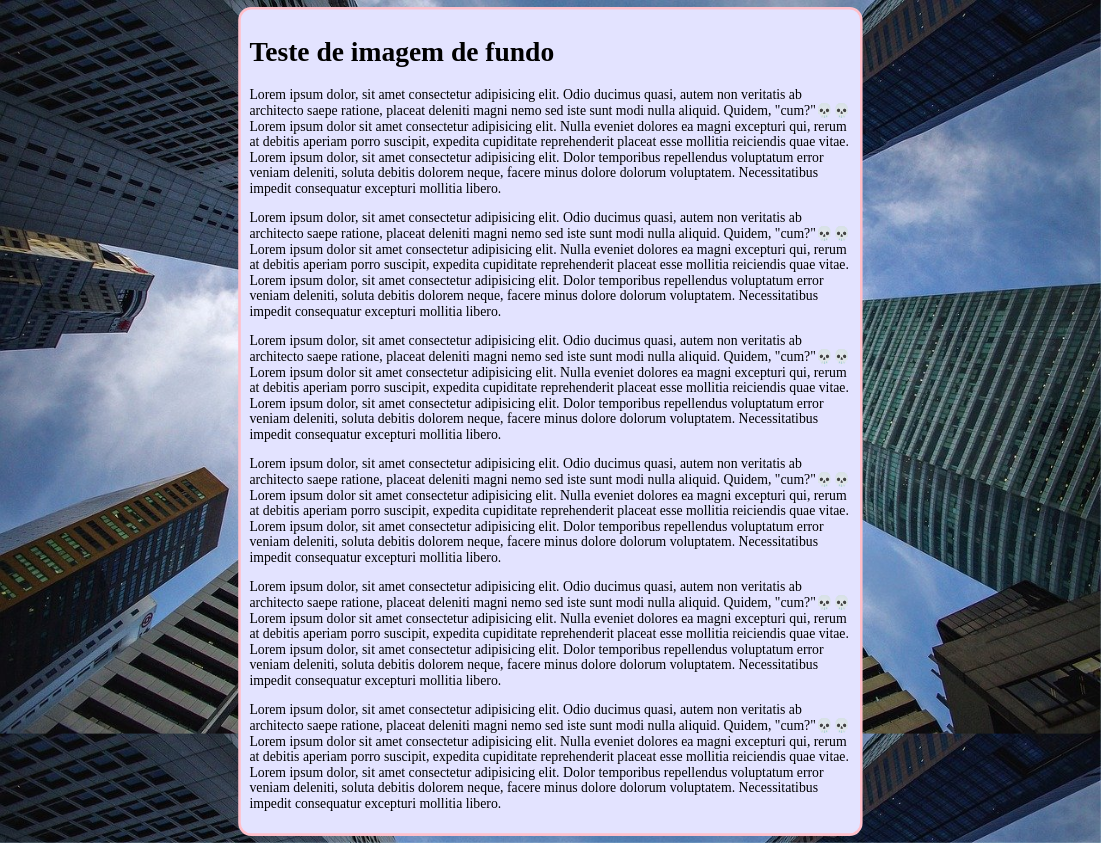
Repository: Codigo404q/html-css
Page: exercicios/ex022/fundo006.html
The author's editor kept a copy of each file at every save. The page is drawn from the files as they stood at one save, then again after the next save.
The browser window is 1280 px wide. The pictures show the whole page, at 86% of full size.
Backgrounds fixed to the window are drawn as part of the page.

Above is the page before, as saved 2024-01-05 22:47:29.

### exercicios/ex022/fundo006.html
<!DOCTYPE html>
<html lang="pt-br">
<head>
    <meta charset="UTF-8">
    <meta name="viewport" content="width=device-width, initial-scale=1.0">
    <title>Fundo fixo de tela</title>
    <style>
        body {
          /*  height: 100vh;
            background-color: lightblue;
            background-image: url(imagens/wallpaper002.jpg);
            background-position: center top;
            background-repeat: no-repeat;
            background-size: cover;
            background-attachment: Fixed; */

            /* ShortHand - background
                color > image > position > repeat > [size] > attachment
            */

            background: lightblue url(imagens/wallpaper002.jpg) center center no-repeat fixed;
            background-size: cover;
        }

        main {
            background-color: rgb(227, 227, 255);
            max-width: 700px;
            padding: 10px;
            margin: auto;
            border: 3px solid pink;
            border-radius: 15px;
        }
    </style>
</head>
<body>
    <main>
        <h1>Teste de imagem de fundo</h1>
        <p>Lorem ipsum dolor, sit amet consectetur adipisicing elit. Odio ducimus quasi, autem non veritatis ab architecto saepe ratione, placeat deleniti magni nemo sed iste sunt modi nulla aliquid.
        Quidem, "cum?"💀💀 Lorem ipsum dolor sit amet consectetur adipisicing elit. Nulla eveniet dolores ea magni excepturi qui, rerum at debitis aperiam porro suscipit, expedita cupiditate reprehenderit placeat esse mollitia reiciendis quae vitae. Lorem ipsum dolor, sit amet consectetur adipisicing elit. Dolor temporibus repellendus voluptatum error veniam deleniti, soluta debitis dolorem neque, facere minus dolore dolorum voluptatem. Necessitatibus impedit consequatur excepturi mollitia libero.</p>        <p>Lorem ipsum dolor, sit amet consectetur adipisicing elit. Odio ducimus quasi, autem non veritatis ab architecto saepe ratione, placeat deleniti magni nemo sed iste sunt modi nulla aliquid.
            Quidem, "cum?"💀💀 Lorem ipsum dolor sit amet consectetur adipisicing elit. Nulla eveniet dolores ea magni excepturi qui, rerum at debitis aperiam porro suscipit, expedita cupiditate reprehenderit placeat esse mollitia reiciendis quae vitae. Lorem ipsum dolor, sit amet consectetur adipisicing elit. Dolor temporibus repellendus voluptatum error veniam deleniti, soluta debitis dolorem neque, facere minus dolore dolorum voluptatem. Necessitatibus impedit consequatur excepturi mollitia libero.</p>        <p>Lorem ipsum dolor, sit amet consectetur adipisicing elit. Odio ducimus quasi, autem non veritatis ab architecto saepe ratione, placeat deleniti magni nemo sed iste sunt modi nulla aliquid.
                Quidem, "cum?"💀💀 Lorem ipsum dolor sit amet consectetur adipisicing elit. Nulla eveniet dolores ea magni excepturi qui, rerum at debitis aperiam porro suscipit, expedita cupiditate reprehenderit placeat esse mollitia reiciendis quae vitae. Lorem ipsum dolor, sit amet consectetur adipisicing elit. Dolor temporibus repellendus voluptatum error veniam deleniti, soluta debitis dolorem neque, facere minus dolore dolorum voluptatem. Necessitatibus impedit consequatur excepturi mollitia libero.</p>        <p>Lorem ipsum dolor, sit amet consectetur adipisicing elit. Odio ducimus quasi, autem non veritatis ab architecto saepe ratione, placeat deleniti magni nemo sed iste sunt modi nulla aliquid.
                    Quidem, "cum?"💀💀 Lorem ipsum dolor sit amet consectetur adipisicing elit. Nulla eveniet dolores ea magni excepturi qui, rerum at debitis aperiam porro suscipit, expedita cupiditate reprehenderit placeat esse mollitia reiciendis quae vitae. Lorem ipsum dolor, sit amet consectetur adipisicing elit. Dolor temporibus repellendus voluptatum error veniam deleniti, soluta debitis dolorem neque, facere minus dolore dolorum voluptatem. Necessitatibus impedit consequatur excepturi mollitia libero.</p>        <p>Lorem ipsum dolor, sit amet consectetur adipisicing elit. Odio ducimus quasi, autem non veritatis ab architecto saepe ratione, placeat deleniti magni nemo sed iste sunt modi nulla aliquid.
                        Quidem, "cum?"💀💀 Lorem ipsum dolor sit amet consectetur adipisicing elit. Nulla eveniet dolores ea magni excepturi qui, rerum at debitis aperiam porro suscipit, expedita cupiditate reprehenderit placeat esse mollitia reiciendis quae vitae. Lorem ipsum dolor, sit amet consectetur adipisicing elit. Dolor temporibus repellendus voluptatum error veniam deleniti, soluta debitis dolorem neque, facere minus dolore dolorum voluptatem. Necessitatibus impedit consequatur excepturi mollitia libero.</p>        <p>Lorem ipsum dolor, sit amet consectetur adipisicing elit. Odio ducimus quasi, autem non veritatis ab architecto saepe ratione, placeat deleniti magni nemo sed iste sunt modi nulla aliquid.
                            Quidem, "cum?"💀💀 Lorem ipsum dolor sit amet consectetur adipisicing elit. Nulla eveniet dolores ea magni excepturi qui, rerum at debitis aperiam porro suscipit, expedita cupiditate reprehenderit placeat esse mollitia reiciendis quae vitae. Lorem ipsum dolor, sit amet consectetur adipisicing elit. Dolor temporibus repellendus voluptatum error veniam deleniti, soluta debitis dolorem neque, facere minus dolore dolorum voluptatem. Necessitatibus impedit consequatur excepturi mollitia libero.</p>
    </main>
</body>
</html>

After the next save:
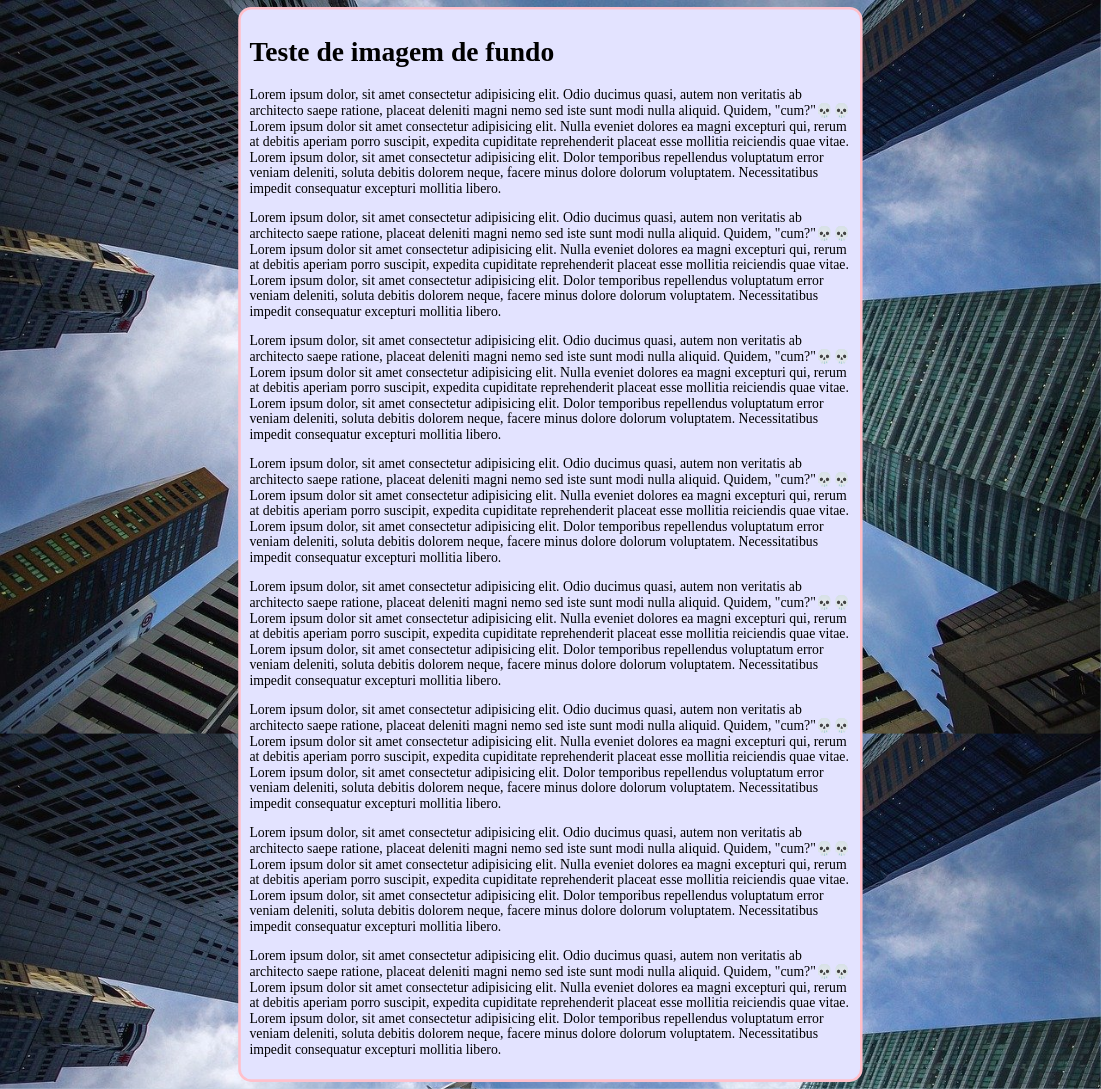
Saved 5 s later.
--- a/exercicios/ex022/fundo006.html
+++ b/exercicios/ex022/fundo006.html
@@ -41,7 +41,9 @@
                 Quidem, "cum?"💀💀 Lorem ipsum dolor sit amet consectetur adipisicing elit. Nulla eveniet dolores ea magni excepturi qui, rerum at debitis aperiam porro suscipit, expedita cupiditate reprehenderit placeat esse mollitia reiciendis quae vitae. Lorem ipsum dolor, sit amet consectetur adipisicing elit. Dolor temporibus repellendus voluptatum error veniam deleniti, soluta debitis dolorem neque, facere minus dolore dolorum voluptatem. Necessitatibus impedit consequatur excepturi mollitia libero.</p>        <p>Lorem ipsum dolor, sit amet consectetur adipisicing elit. Odio ducimus quasi, autem non veritatis ab architecto saepe ratione, placeat deleniti magni nemo sed iste sunt modi nulla aliquid.
                     Quidem, "cum?"💀💀 Lorem ipsum dolor sit amet consectetur adipisicing elit. Nulla eveniet dolores ea magni excepturi qui, rerum at debitis aperiam porro suscipit, expedita cupiditate reprehenderit placeat esse mollitia reiciendis quae vitae. Lorem ipsum dolor, sit amet consectetur adipisicing elit. Dolor temporibus repellendus voluptatum error veniam deleniti, soluta debitis dolorem neque, facere minus dolore dolorum voluptatem. Necessitatibus impedit consequatur excepturi mollitia libero.</p>        <p>Lorem ipsum dolor, sit amet consectetur adipisicing elit. Odio ducimus quasi, autem non veritatis ab architecto saepe ratione, placeat deleniti magni nemo sed iste sunt modi nulla aliquid.
                         Quidem, "cum?"💀💀 Lorem ipsum dolor sit amet consectetur adipisicing elit. Nulla eveniet dolores ea magni excepturi qui, rerum at debitis aperiam porro suscipit, expedita cupiditate reprehenderit placeat esse mollitia reiciendis quae vitae. Lorem ipsum dolor, sit amet consectetur adipisicing elit. Dolor temporibus repellendus voluptatum error veniam deleniti, soluta debitis dolorem neque, facere minus dolore dolorum voluptatem. Necessitatibus impedit consequatur excepturi mollitia libero.</p>        <p>Lorem ipsum dolor, sit amet consectetur adipisicing elit. Odio ducimus quasi, autem non veritatis ab architecto saepe ratione, placeat deleniti magni nemo sed iste sunt modi nulla aliquid.
-                            Quidem, "cum?"💀💀 Lorem ipsum dolor sit amet consectetur adipisicing elit. Nulla eveniet dolores ea magni excepturi qui, rerum at debitis aperiam porro suscipit, expedita cupiditate reprehenderit placeat esse mollitia reiciendis quae vitae. Lorem ipsum dolor, sit amet consectetur adipisicing elit. Dolor temporibus repellendus voluptatum error veniam deleniti, soluta debitis dolorem neque, facere minus dolore dolorum voluptatem. Necessitatibus impedit consequatur excepturi mollitia libero.</p>
+                            Quidem, "cum?"💀💀 Lorem ipsum dolor sit amet consectetur adipisicing elit. Nulla eveniet dolores ea magni excepturi qui, rerum at debitis aperiam porro suscipit, expedita cupiditate reprehenderit placeat esse mollitia reiciendis quae vitae. Lorem ipsum dolor, sit amet consectetur adipisicing elit. Dolor temporibus repellendus voluptatum error veniam deleniti, soluta debitis dolorem neque, facere minus dolore dolorum voluptatem. Necessitatibus impedit consequatur excepturi mollitia libero.</p>        <p>Lorem ipsum dolor, sit amet consectetur adipisicing elit. Odio ducimus quasi, autem non veritatis ab architecto saepe ratione, placeat deleniti magni nemo sed iste sunt modi nulla aliquid.
+                                Quidem, "cum?"💀💀 Lorem ipsum dolor sit amet consectetur adipisicing elit. Nulla eveniet dolores ea magni excepturi qui, rerum at debitis aperiam porro suscipit, expedita cupiditate reprehenderit placeat esse mollitia reiciendis quae vitae. Lorem ipsum dolor, sit amet consectetur adipisicing elit. Dolor temporibus repellendus voluptatum error veniam deleniti, soluta debitis dolorem neque, facere minus dolore dolorum voluptatem. Necessitatibus impedit consequatur excepturi mollitia libero.</p>        <p>Lorem ipsum dolor, sit amet consectetur adipisicing elit. Odio ducimus quasi, autem non veritatis ab architecto saepe ratione, placeat deleniti magni nemo sed iste sunt modi nulla aliquid.
+                                    Quidem, "cum?"💀💀 Lorem ipsum dolor sit amet consectetur adipisicing elit. Nulla eveniet dolores ea magni excepturi qui, rerum at debitis aperiam porro suscipit, expedita cupiditate reprehenderit placeat esse mollitia reiciendis quae vitae. Lorem ipsum dolor, sit amet consectetur adipisicing elit. Dolor temporibus repellendus voluptatum error veniam deleniti, soluta debitis dolorem neque, facere minus dolore dolorum voluptatem. Necessitatibus impedit consequatur excepturi mollitia libero.</p>
     </main>
 </body>
 </html>
